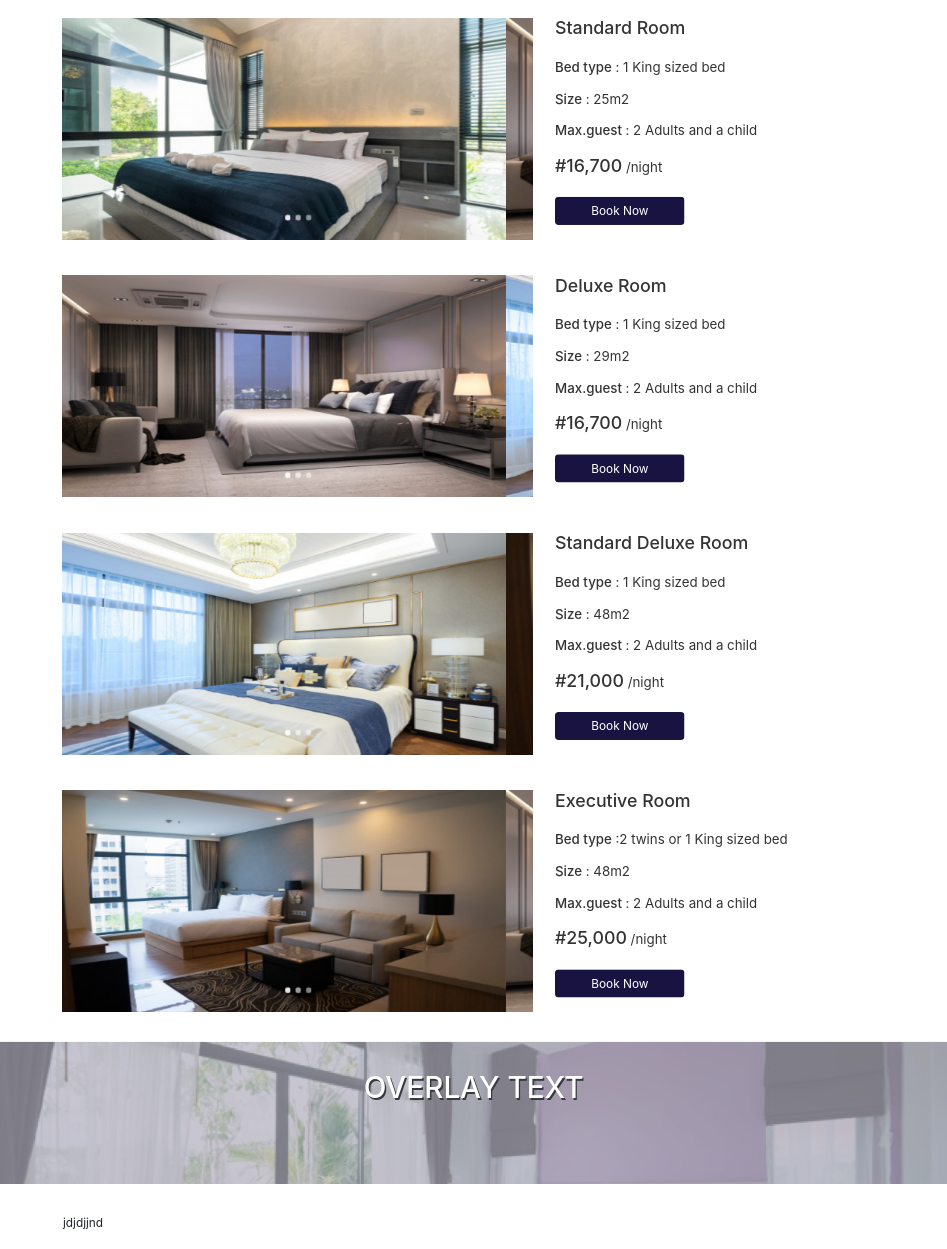
Repository: Syfon01/hotel-website
Page: room.html
The author's editor kept a copy of each file at every save. The page is drawn from the files as they stood at one save, then again after a run of saves.
The browser window is 1280 px wide. The pictures show the whole page, at 74% of full size.

Above is the page before, as saved 2020-06-08 19:04:17.

### room.html
<!doctype html>
<html lang="en">
  <head>
    <title>Title</title>
    <!-- Required meta tags -->
    <meta charset="utf-8">
    <meta name="viewport" content="width=device-width, initial-scale=1, shrink-to-fit=no">

    <!-- Bootstrap CSS -->
    <link rel="stylesheet" href="https://stackpath.bootstrapcdn.com/bootstrap/4.3.1/css/bootstrap.min.css" integrity="sha384-ggOyR0iXCbMQv3Xipma34MD+dH/1fQ784/j6cY/iJTQUOhcWr7x9JvoRxT2MZw1T" crossorigin="anonymous">
    <link rel="stylesheet" href="room.css">
  </head>
  <body>
    <!-- carousel section -->
    <section id="carousel-section">
      <div class="container">
        <div class="row py-4">
          <div class="col-md-7 col-lg-7 col-12 col-sm-12">
            <div id="carouselExampleIndicators" class="carousel slide" data-ride="carousel">
              <ol class="carousel-indicators">
                <li data-target="#carouselExampleIndicators" data-slide-to="0" class="active"></li>
                <li data-target="#carouselExampleIndicators" data-slide-to="1"></li>
                <li data-target="#carouselExampleIndicators" data-slide-to="2"></li>
              </ol>
              <div class="carousel-inner">
                <div class="carousel-item active">
                  <img src="./img/hotel1.png" class="d-block w-100 img-carousel img-fluid" alt="...">
                </div>
                <div class="carousel-item">
                  <img src="./img/hotel2.png" class="d-block w-100 img-carousel img-fluid" alt="...">
                </div>
                <div class="carousel-item">
                  <img src="./img/hotel3.png" class="d-block w-100 img-carousel img-fluid" alt="...">
                </div>
              </div>

            </div>
          </div>
          <div class="col-md-5 col-lg-5 col-12 col-sm-12">
            <h4 class="text-purple mb-4">Standard Room</h4>
            <p class="text-purple"><span class="p-font-weight">Bed type </span>: 1 King sized bed</p>
            <p class="text-purple"><span class="p-font-weight">Size</span> : 25m2</p>
            <p class="text-purple"><span class="p-font-weight">Max.guest </span>: 2 Adults and a child</p>
            <p class="text-purple mb-4"><span class="p-font-weight p-20">#16,700</span> /night</p>
            <button class="btn btn-purple px-5">Book Now</button>
          </div>
        </div>

        <div class="row py-4">
          <div class="col-md-7 col-lg-7 col-12 col-sm-12">
            <div id="carouselExampleIndicators" class="carousel slide" data-ride="carousel">
              <ol class="carousel-indicators">
                <li data-target="#carouselExampleIndicators" data-slide-to="0" class="active"></li>
                <li data-target="#carouselExampleIndicators" data-slide-to="1"></li>
                <li data-target="#carouselExampleIndicators" data-slide-to="2"></li>
              </ol>
              <div class="carousel-inner">
                <div class="carousel-item active">
                  <img src="./img/hotel2.png" class="d-block w-100 img-carousel img-fluid" alt="...">
                </div>
                <div class="carousel-item">
                  <img src="./img/hotel3.png" class="d-block w-100 img-carousel img-fluid" alt="...">
                </div>
                <div class="carousel-item">
                  <img src="./img/hotel4.png" class="d-block w-100 img-carousel img-fluid" alt="...">
                </div>
              </div>

            </div>
          </div>
          <div class="col-md-5 col-lg-5 col-12 col-sm-12">
            <h4 class="text-purple mb-4">Deluxe Room</h4>
            <p class="text-purple"><span class="p-font-weight">Bed type </span>: 1 King sized bed</p>
            <p class="text-purple"><span class="p-font-weight">Size</span> : 29m2</p>
            <p class="text-purple"><span class="p-font-weight">Max.guest </span>: 2 Adults and a child</p>
            <p class="text-purple mb-4"><span class="p-font-weight p-20">#16,700</span> /night</p>
            <button class="btn btn-purple px-5">Book Now</button>
          </div>
        </div>

        <div class="row py-4">
          <div class="col-md-7 col-lg-7 col-12 col-sm-12">
            <div id="carouselExampleIndicators" class="carousel slide" data-ride="carousel">
              <ol class="carousel-indicators">
                <li data-target="#carouselExampleIndicators" data-slide-to="0" class="active"></li>
                <li data-target="#carouselExampleIndicators" data-slide-to="1"></li>
                <li data-target="#carouselExampleIndicators" data-slide-to="2"></li>
              </ol>
              <div class="carousel-inner">
                <div class="carousel-item active">
                  <img src="./img/hotel3.png" class="d-block w-100 img-carousel h-50 img-fluid" alt="...">
                </div>
                <div class="carousel-item">
                  <img src="./img/hotel4.png" class="d-block w-100 img-carousel img-fluid" alt="...">
                </div>
                <div class="carousel-item">
                  <img src="./img/hotel1.png" class="d-block w-100 img-carousel img-fluid" alt="...">
                </div>
              </div>

            </div>
          </div>
          <div class="col-md-5 col-lg-5 col-12 col-sm-12">
            <h4 class="text-purple mb-4">Standard Deluxe Room</h4>
            <p class="text-purple"><span class="p-font-weight">Bed type </span>: 1 King sized bed</p>
            <p class="text-purple"><span class="p-font-weight">Size</span> : 48m2</p>
            <p class="text-purple"><span class="p-font-weight">Max.guest </span>: 2 Adults and a child</p>
            <p class="text-purple mb-4"><span class="p-font-weight p-20">#21,000</span> /night</p>
            <button class="btn btn-purple px-5">Book Now</button>
          </div>
        </div>

        <div class="row py-4">
          <div class="col-md-7 col-lg-7 col-12 col-sm-12">
            <div id="carouselExampleIndicators" class="carousel slide" data-ride="carousel">
              <ol class="carousel-indicators">
                <li data-target="#carouselExampleIndicators" data-slide-to="0" class="active"></li>
                <li data-target="#carouselExampleIndicators" data-slide-to="1"></li>
                <li data-target="#carouselExampleIndicators" data-slide-to="2"></li>
              </ol>
              <div class="carousel-inner">
                <div class="carousel-item active">
                  <img src="./img/hotel4.png" class="d-block w-100 img-carousel h-50 img-fluid" alt="...">
                </div>
                <div class="carousel-item">
                  <img src="./img/hotel2.png" class="d-block w-100 img-carousel img-fluid" alt="...">
                </div>
                <div class="carousel-item">
                  <img src="./img/hotel1.png" class="d-block w-100 img-carousel img-fluid" alt="...">
                </div>
              </div>

            </div>
          </div>
          <div class="col-md-5 col-lg-5 col-12 col-sm-12">
            <h4 class="text-purple mb-4">Executive Room</h4>
            <p class="text-purple"><span class="p-font-weight">Bed type </span>:2 twins or 1 King sized bed</p>
            <p class="text-purple"><span class="p-font-weight">Size</span> : 48m2</p>
            <p class="text-purple"><span class="p-font-weight">Max.guest </span>: 2 Adults and a child</p>
            <p class="text-purple mb-4"><span class="p-font-weight p-20">#25,000</span> /night</p>
            <button class="btn btn-purple px-5">Book Now</button>
          </div>
        </div>
      </div>
    </section>

    <!-- explore section  -->
    <div class="explore py-3">
      <div class="hero flex-center">
      <div class="hero-message">
        <h1 class="hero-title">Overlay Text</h1>
      </div>
      <!-- <img src="./img/explore.png" class="explore-banner" alt="" srcset=""> -->
    </div>
</div>

<div class="container my-4">
  jdjdjjnd
</div>

    <!-- Optional JavaScript -->
    <!-- jQuery first, then Popper.js, then Bootstrap JS -->
    <script src="https://code.jquery.com/jquery-3.3.1.slim.min.js" integrity="sha384-q8i/X+965DzO0rT7abK41JStQIAqVgRVzpbzo5smXKp4YfRvH+8abtTE1Pi6jizo" crossorigin="anonymous"></script>
    <script src="https://cdnjs.cloudflare.com/ajax/libs/popper.js/1.14.7/umd/popper.min.js" integrity="sha384-UO2eT0CpHqdSJQ6hJty5KVphtPhzWj9WO1clHTMGa3JDZwrnQq4sF86dIHNDz0W1" crossorigin="anonymous"></script>
    <script src="https://stackpath.bootstrapcdn.com/bootstrap/4.3.1/js/bootstrap.min.js" integrity="sha384-JjSmVgyd0p3pXB1rRibZUAYoIIy6OrQ6VrjIEaFf/nJGzIxFDsf4x0xIM+B07jRM" crossorigin="anonymous"></script>
  </body>
</html>

### room.css
.text-purple{
 color: #333333
}
.p-font-weight{
  font-weight: 500;
}
.p-20{
  font-size: 24px;
}
p{
  font-size: 18px;;
}
.btn-purple{
  background-color: #191341;
  color: #fff;
  border-radius: 5px;
}
.img-carousel{
  height: 300px!important;
}
.carousel-indicators li{
  border-radius: 100%;
  width: 8px;
  height: 8px;
}

.hero {
  width: 100%;
  height: 100%;
  min-width: 100%;
  min-height: 100%;
  position: relative;
}

.hero::before {
  background-image: url(/img/explore.png);
  background-size: cover;
  background-repeat: no-repeat;
  content: "";
  display: block;
  position: absolute;
  top: 0;
  left: 0;
  width: 100%;
  height: 100%;
  z-index: -2;
  opacity: 0.4;
}

.flex-center {
  display: flex;
  flex-direction: column;
  justify-content: center;
  align-content: center;
}
.hero-message {
  color: #fff;
  text-shadow: #343a40 2px 2px;
  min-width: 100%;
  min-height: 12em;
  position: relative;
}

@media(min-width:1024px) {
  .hero-message {
    min-width: 50%;
    min-height: 12em;
  }

  .hero-message::before {
    margin-left: 25%;
    min-width: 50%;
    min-height: 12em;
  }
}

.hero::after {
  background: rgba(25, 19, 65, 0.6);
  content: "";
  display: block;
  position: absolute;
  top: 0px;
  left: 0px;
  width: 100%;
  height: 100%;
  z-index: -1;
  opacity: 0.4;
}

.hero-title,
.hero-sub-title {
  width: 100%;
  display: block;
  text-align: center;
}

.hero-title {
  margin: 3% 0;
  text-transform: uppercase;
}

After the next 3 saves:
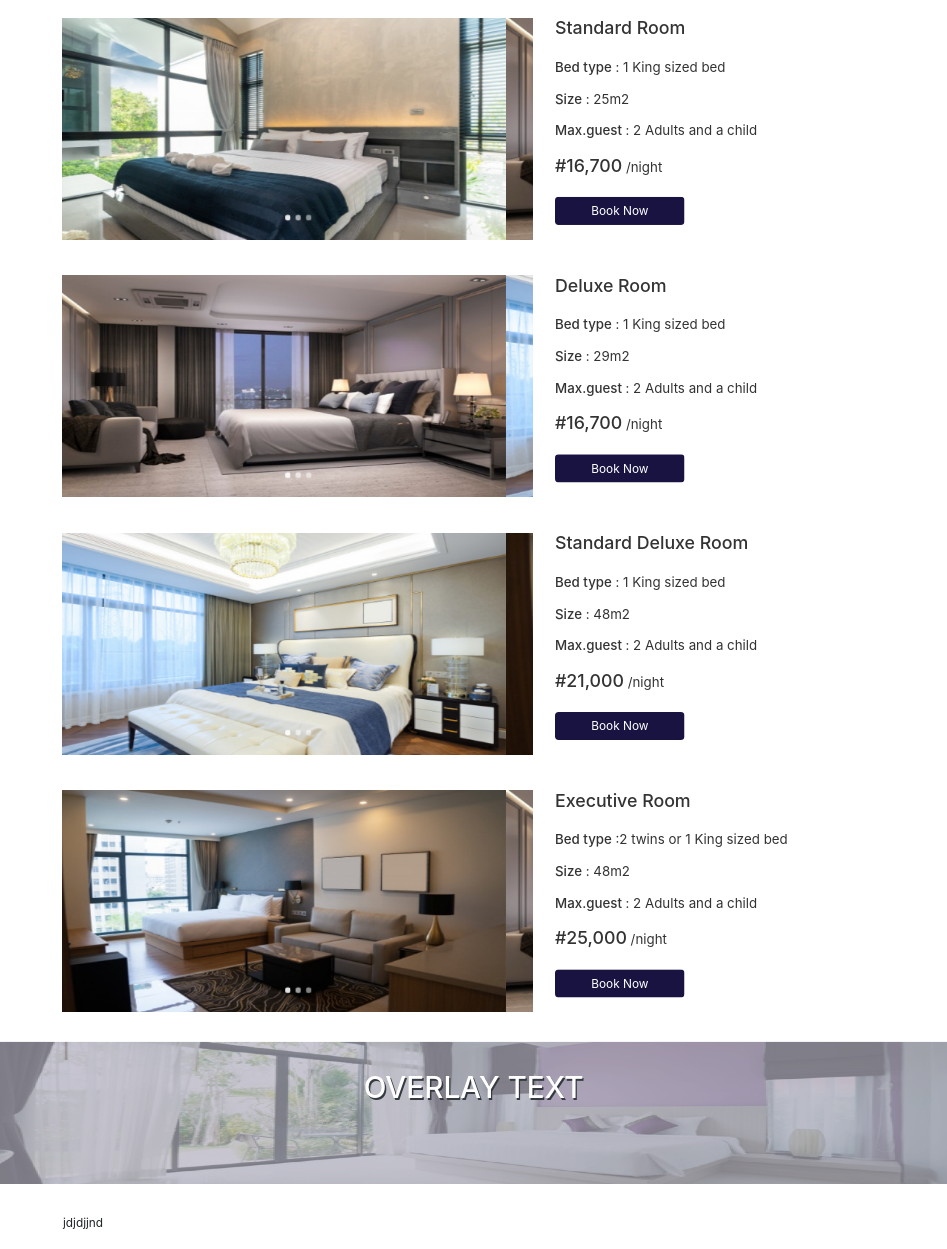
The 3 saves are shown as one change because they came seconds apart.
The last was saved 74 s later.
--- a/room.css
+++ b/room.css
@@ -34,8 +34,11 @@ p{
 
 .hero::before {
   background-image: url(/img/explore.png);
-  background-size: cover;
+  /* background-size: cover */
   background-repeat: no-repeat;
+  background-size: 100% 100%;
+  ;
+  /* background-repeat: no-repeat; */
   content: "";
   display: block;
   position: absolute;
